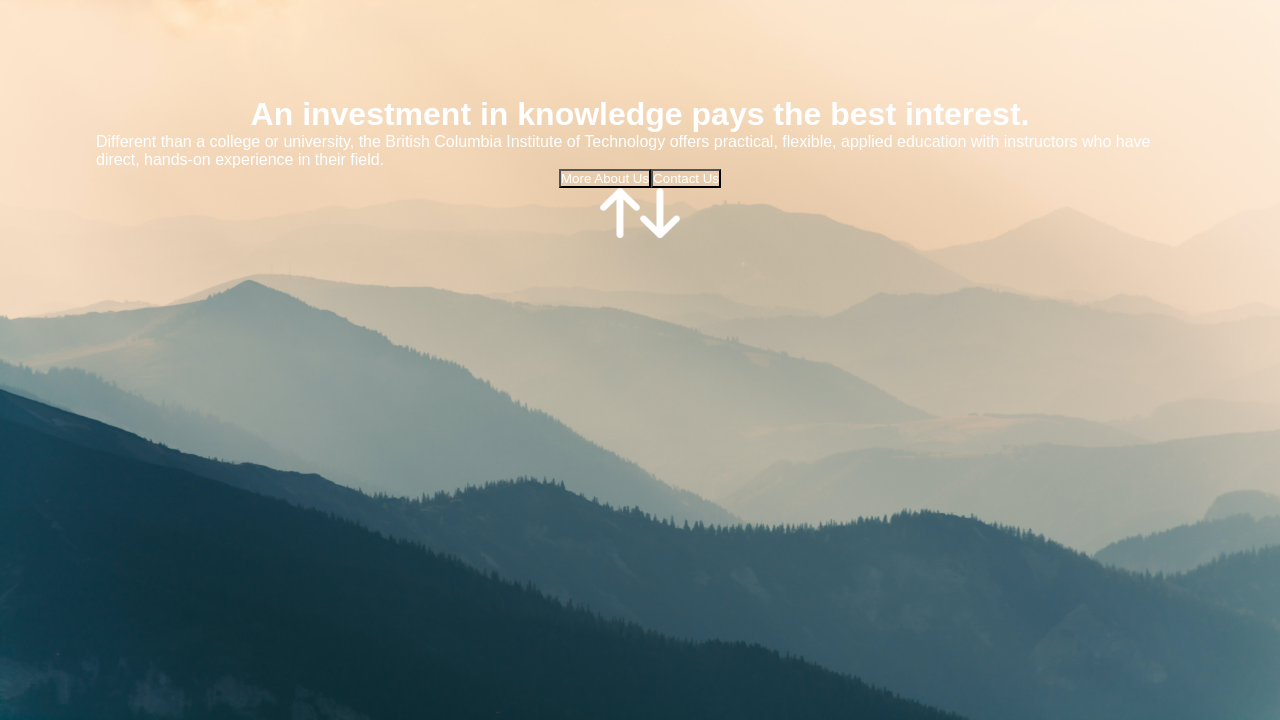
Repository: jennydmcm/assignment-1-playwright-site-A01338943
Page: /
The author's editor kept a copy of each file at every save. The page is drawn from the files as they stood at one save, then again after the next save.
The browser window is 1280 px wide. The pictures show the whole page.
The project was rebuilt for these pictures with package versions that can differ from the ones it lists, and the page was loaded fresh each time. The framework's server and built-in components were replaced by stand-ins that run in the browser. Also part of the build but not shown: next.config.js.

Above is the page before, as saved 2023-02-08 09:53:12.

After the next save:
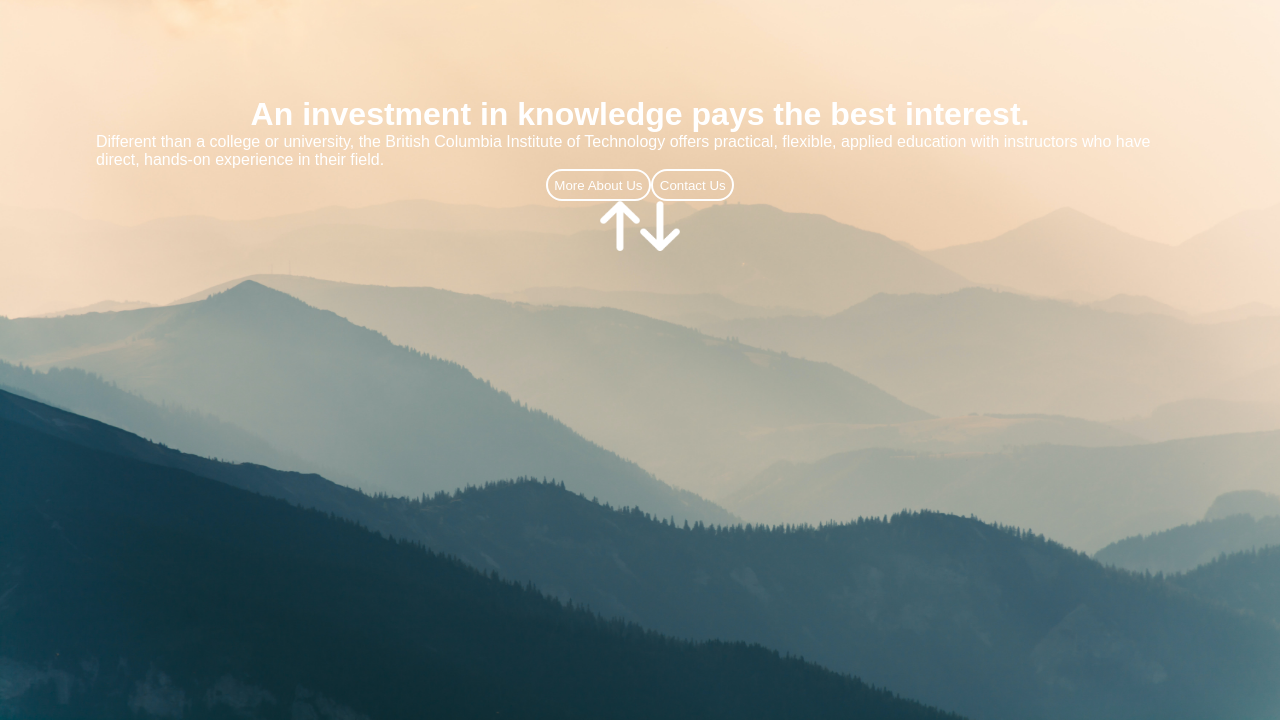
Saved 3 min 32 s later.
--- a/styles/Home.module.css
+++ b/styles/Home.module.css
@@ -19,10 +19,16 @@
 .aboutbtn{
   color: var(--primary-color);
   background: none;
+  border: 0.2em solid white;
+  border-radius: 4rem;
+  padding: 0.5em;
 }
 
 .contactbtn{
   color: var(--primary-color);
   background: none;
+  border: 0.2em solid white;
+  border-radius: 4rem;
+  padding: 0.5em;
 
 }
